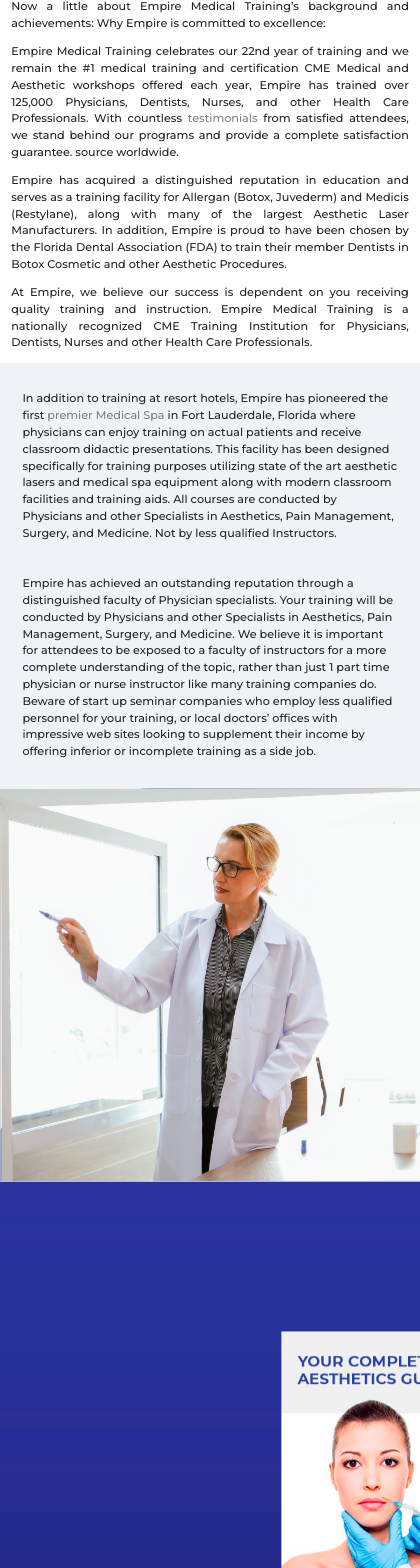
Repository: jorgi710/BODY-CONTOURING-INJECTABLES-AND-ADJUNCT-PROCEDURES
Page: our quarantee/file/public/index.html
An editor plug-in stored every save of this project. The page is shown before and after the next save, followed by the edit.
The browser window is 600 px wide. The pictures show the part of the page from y = 3057 to 5297 px (the page is 7758 px tall), at 70% of full size.

Above is the page before, as saved 2021-04-06 23:38:47.

After the next save:
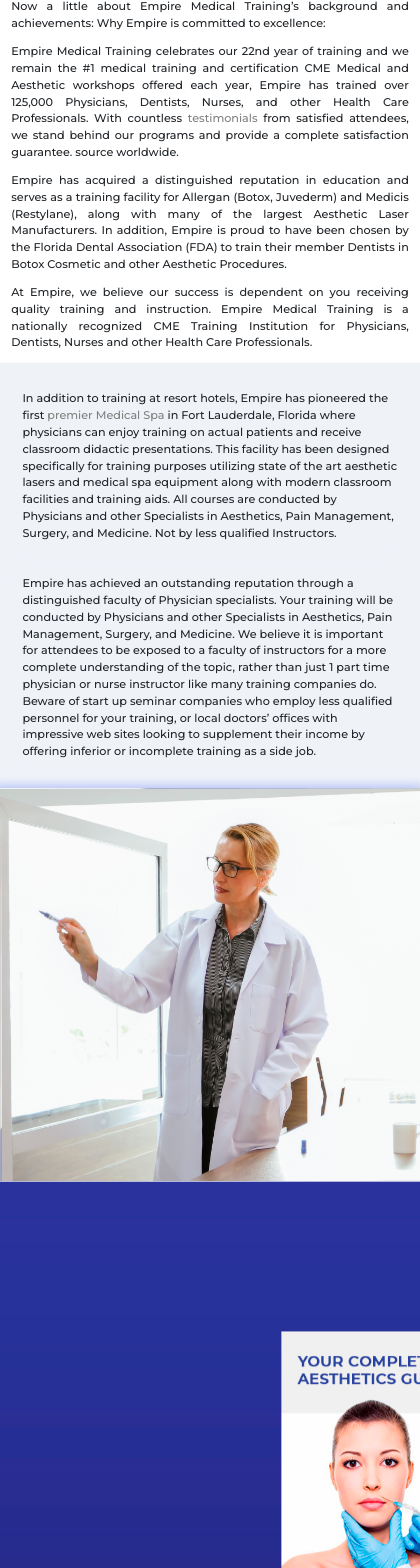
Saved 47 s later.
--- a/our quarantee/file/public/css/style.css
+++ b/our quarantee/file/public/css/style.css
@@ -293,7 +293,7 @@
     border-radius: 0.5rem;
   }
   .section_3 .row .col-md-6 img {
-    width: 100%;
-    height: 100%;
-  }
-}
+    box-shadow: -2px 1px 13px 6px #bac6f8;
+    object-fit: cover;
+  }
+}
